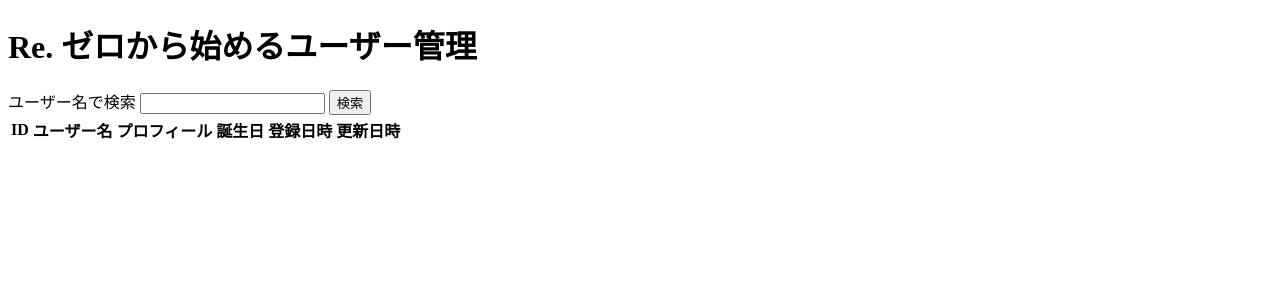
Repository: ShunsukeTanizaki/sqlite_api_lesson
Page: app/public/create.html
These files come from the project's save history. The page is drawn as it stood at one moment and after the next save; the edit follows.
The browser window is 1280 px wide. The pictures show the whole page.
The page's requests for data from a server got no answer.

Above is the page before, as saved 2021-02-06 10:51:28.

After the next save:
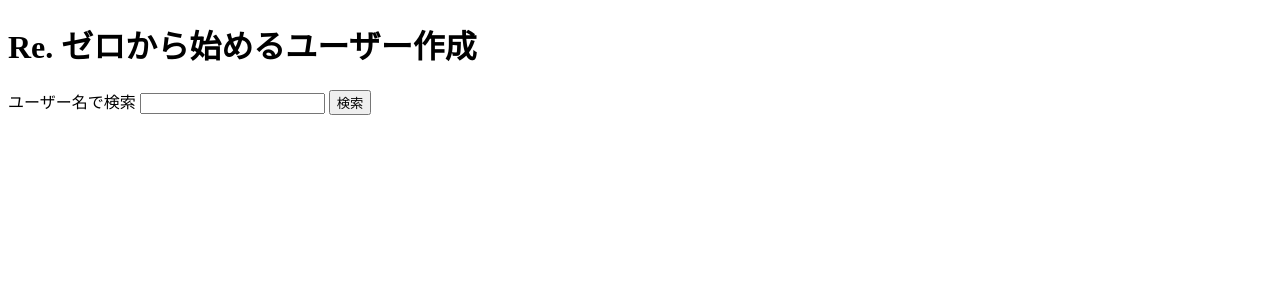
Saved 85 s later.
--- a/app/public/create.html
+++ b/app/public/create.html
@@ -11,25 +11,10 @@
 </head>
 <body>
     <main>
-        <h1>Re. ゼロから始めるユーザー管理</h1>
+        <h1>Re. ゼロから始めるユーザー作成</h1>
         <label for="search">ユーザー名で検索</label>
         <input type="search" id="search">
         <button id="search-btn">検索</button>
-        <table>
-            <thead>
-                <tr>
-                    <th>ID</th>
-                    <th>ユーザー名</th>
-                    <th>プロフィール</th>
-                    <th>誕生日</th>
-                    <th>登録日時</th>
-                    <th>更新日時</th>
-                </tr>
-            </thead>
-            <tbody id="users-list">
-
-            </tbody>
-        </table>
     </main>
 </body>
 </html>
